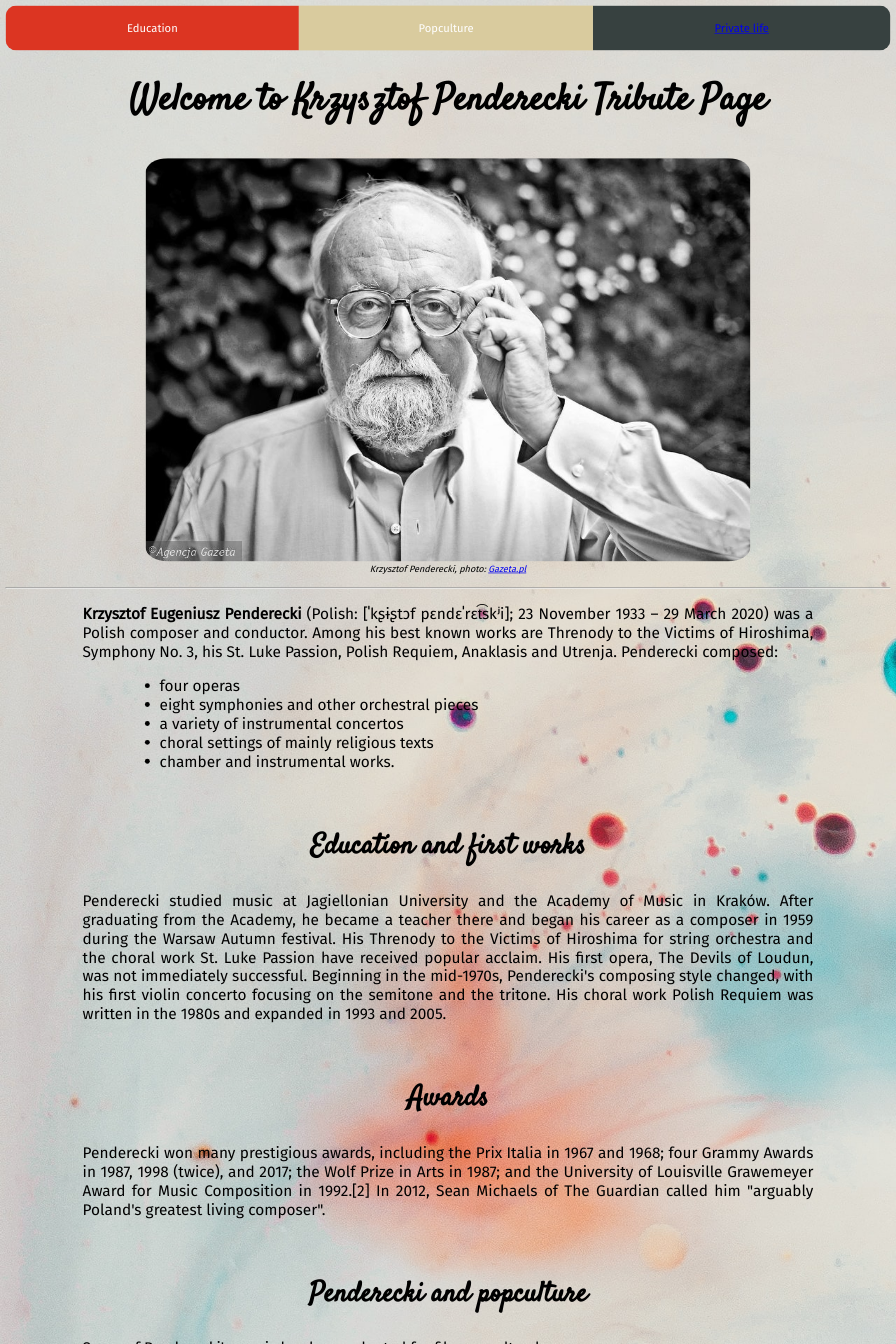
Repository: justynke/tribute_page
Page: index.html
The author's editor kept a copy of each file at every save. The page is drawn from the files as they stood at one save, then again after the next save.
The browser window is 1280 px wide. The pictures show the part of the page from y = 0 to 1920 px (the page is 3515 px tall), at 70% of full size.

Above is the page before, as saved 2020-04-24 12:17:04.

After the next save:
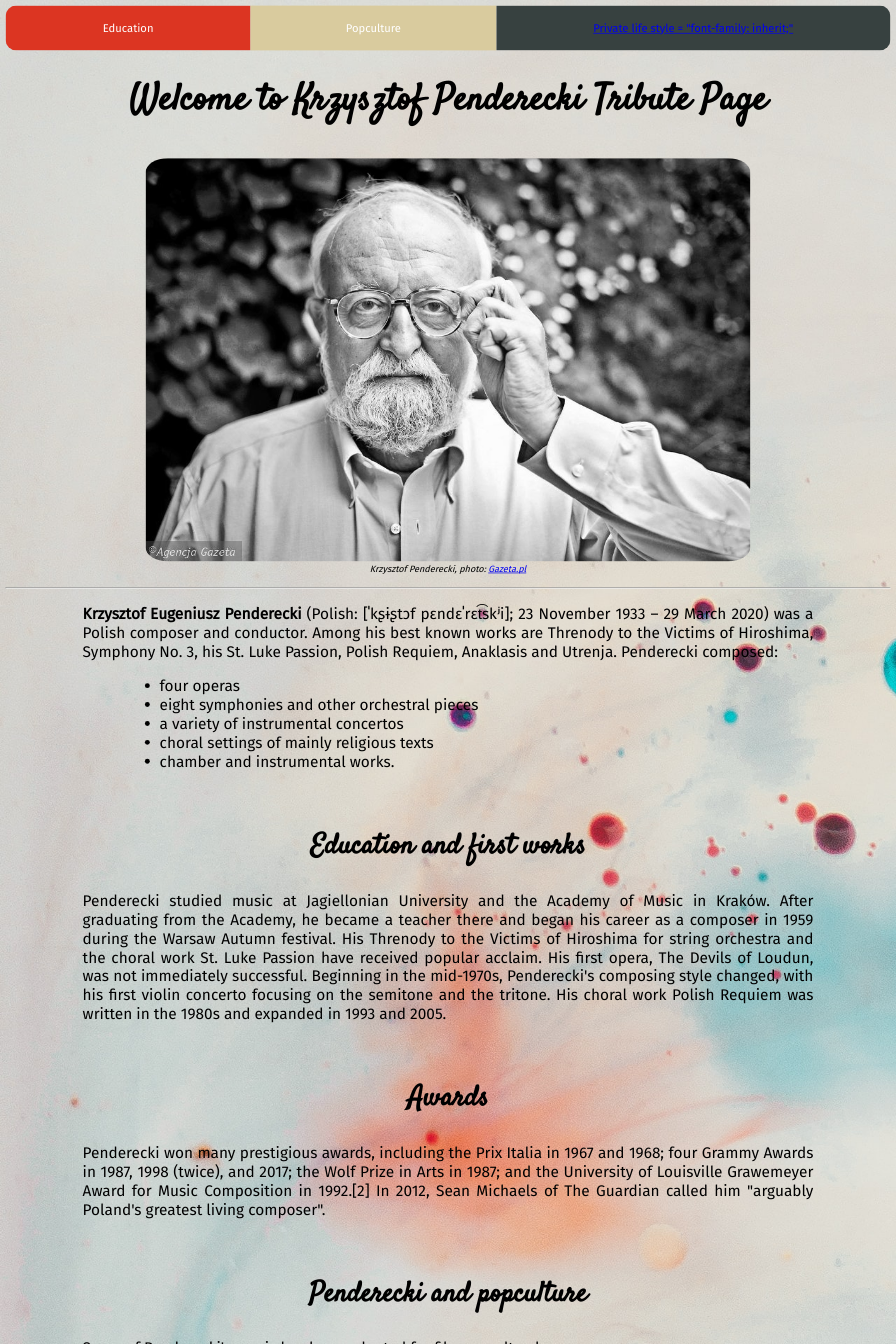
Saved 38 s later.
--- a/index.html
+++ b/index.html
@@ -16,7 +16,7 @@
     <div id = "nav">
         <div id = "edu""><div>Education</div></div>
         <div id = "pop">Popculture</div>
-        <div id = "priv"><a href = "#private">Private life</a></div>
+        <div id = "priv"><a href = "#private">Private life style = "font-family: inherit;"</a></div>
     </div>
 
 
